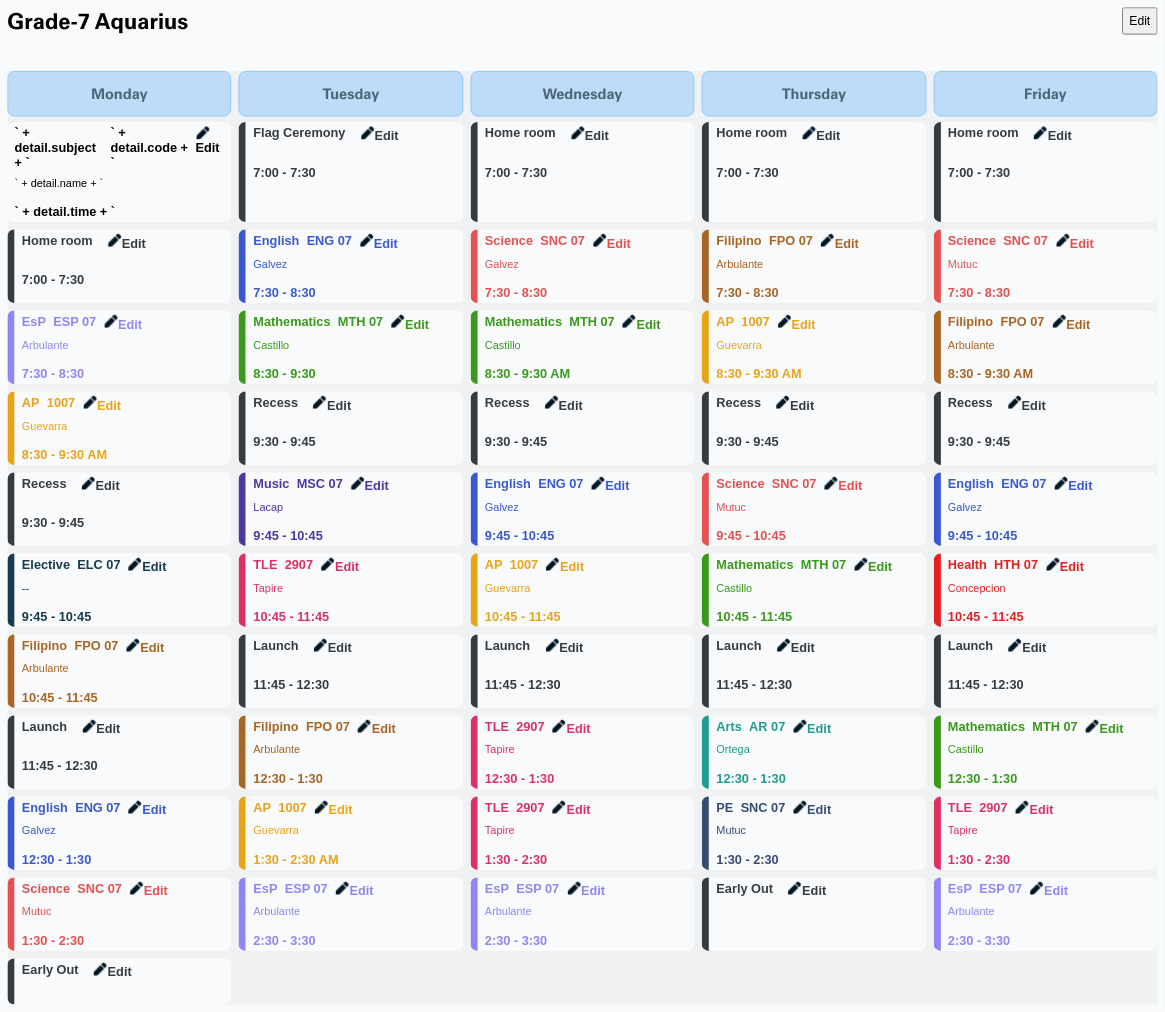
Repository: kentdrlo/prototype
Page: timetable.html
The author's editor kept a copy of each file at every save. The page is drawn from the files as they stood at one save, then again after the next save.
The browser window is 1280 px wide. The pictures show the whole page, at 91% of full size.
An inner scrolling area shows only its first screen.

Above is the page before, as saved 2025-05-29 09:26:52.

After the next save:
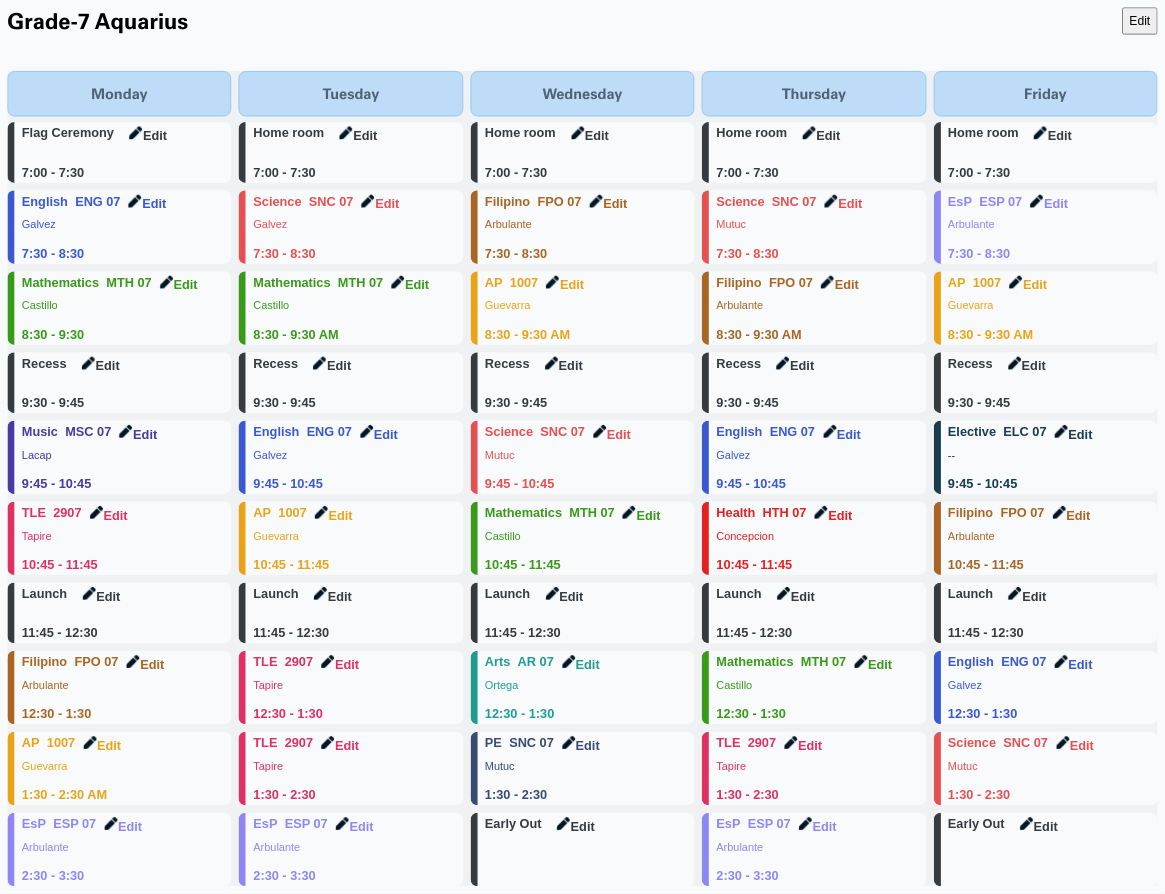
Saved 11 s later.
--- a/timetable.html
+++ b/timetable.html
@@ -13,23 +13,7 @@
       <div class="grid-wrapper">
         <div class="day-box" id="dayBox"></div>
         <div class="table-box" id="topBox">
-          <div
-            class="card"
-            style="
-              border-left: 8px solid #` + detail.color + `;
-              color: #` + detail.color + `;
-            "
-          >
-            <div class="subject-teacher-wrapper">
-              <div class="subject-detail-wrapper">
-                <div class="subject-name">` + detail.subject + `</div>
-                <div class="subject-code">` + detail.code + `</div>
-                <div class="edit"><img src="src/assets/icons/edit.svg" >Edit</div>
-              </div>
-              <div class="teacher-name">` + detail.name + `</div>
-            </div>
-            <div class="time">` + detail.time + `</div>
-          </div>
+
         </div>
       </div>
     </div>

After the save that followed:
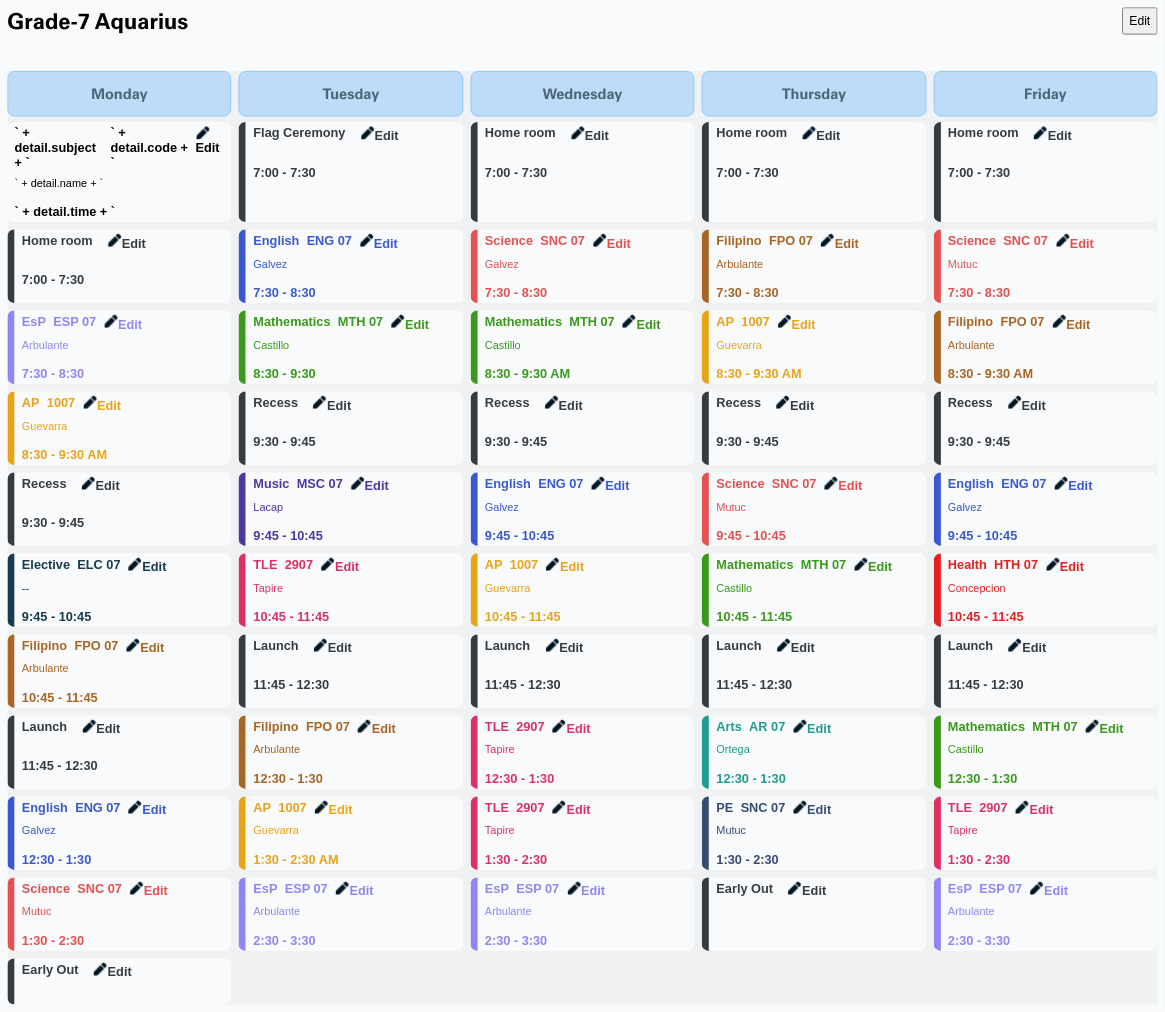
Saved 32 s later.
--- a/timetable.html
+++ b/timetable.html
@@ -13,7 +13,25 @@
       <div class="grid-wrapper">
         <div class="day-box" id="dayBox"></div>
         <div class="table-box" id="topBox">
-
+          <div
+            class="card"
+            style="
+              border-left: 8px solid #` + detail.color + `;
+              color: #` + detail.color + `;
+            "
+          >
+            <div class="subject-teacher-wrapper">
+              <div class="subject-detail-wrapper">
+                <div class="subject-name">` + detail.subject + `</div>
+                <div class="subject-code">` + detail.code + `</div>
+                <div class="edit">
+                  <img src="src/assets/icons/edit.svg" />Edit
+                </div>
+              </div>
+              <div class="teacher-name">` + detail.name + `</div>
+            </div>
+            <div class="time">` + detail.time + `</div>
+          </div>
         </div>
       </div>
     </div>
